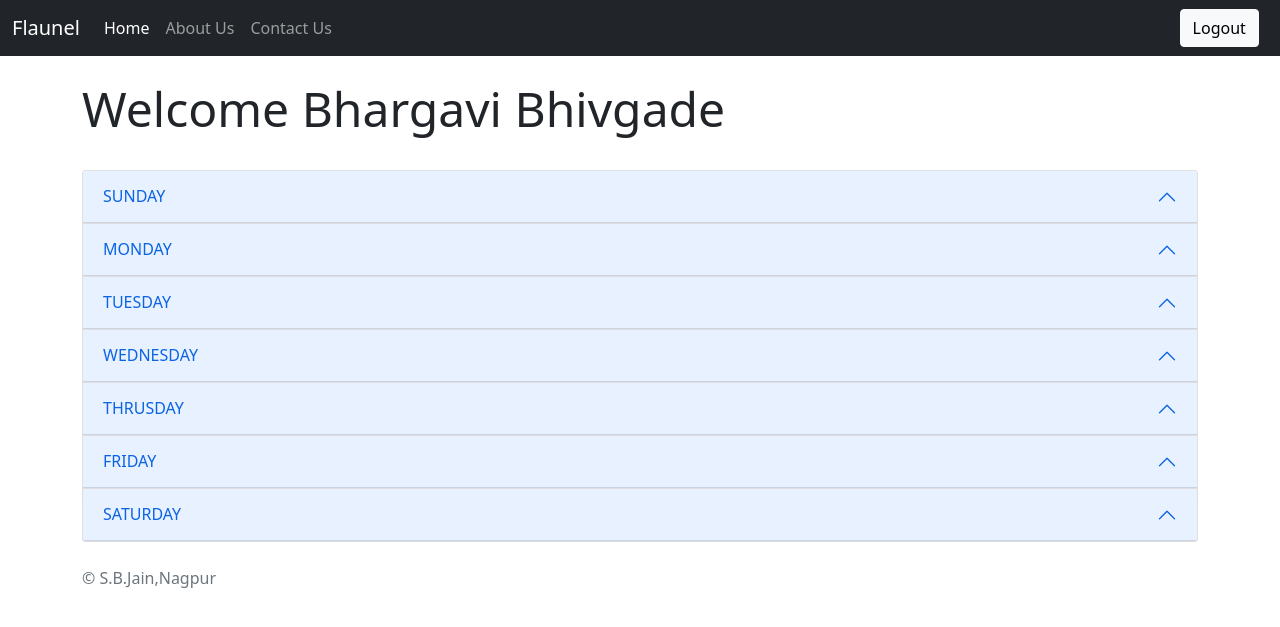
Repository: bhivgadePrajakta/Flaunel--A-LED-Display-Board
Page: http://localhost/home.php
These files come from the project's save history. The page is drawn as it stood at one moment and after the next save; the edit follows.
The browser window is 1280 px wide. The pictures show the whole page.
The page is run by PHP 8.4 with error messages shown; the project is at /var/www/html/.

Above is the page before, as saved 2022-05-01 10:13:24.

### home.php
<!doctype html>
<html lang="en">
  <head>
    <!-- Required meta tags -->
    <meta charset="utf-8">
    <meta name="viewport" content="width=device-width, initial-scale=1">

    <!-- Bootstrap CSS -->
    <link href="https://cdn.jsdelivr.net/npm/bootstrap@5.0.2/dist/css/bootstrap.min.css" rel="stylesheet" integrity="sha384-EVSTQN3/azprG1Anm3QDgpJLIm9Nao0Yz1ztcQTwFspd3yD65VohhpuuCOmLASjC" crossorigin="anonymous">

    <title>FLAUNEL</title>
  </head>
  <body>
    <nav class="navbar navbar-expand-lg navbar-dark bg-dark">
        <div class="container-fluid">
          <a class="navbar-brand" href="#">Flaunel</a>
          <button class="navbar-toggler" type="button" data-bs-toggle="collapse" data-bs-target="#navbarSupportedContent" aria-controls="navbarSupportedContent" aria-expanded="false" aria-label="Toggle navigation">
            <span class="navbar-toggler-icon"></span>
          </button>
          <div class="collapse navbar-collapse" id="navbarSupportedContent">
            <ul class="navbar-nav me-auto mb-2 mb-lg-0">
              <li class="nav-item">
                <a class="nav-link active" aria-current="page" href="#">Home</a>
              </li>
              <li class="nav-item">
                <a class="nav-link" href="#">About Us</a>
              </li>
              <li class="nav-item ">
                <a class="nav-link" href="#" id="navbarDropdown" role="button">
                  Contact Us</a>

              </li>

            </ul>
            <form class="d-flex">

              <button class="btn btn-light" type="submit">Logout</button>
            </form>
          </div>+
        </div>
      </nav>
<div class="container py-4">
    <h5 class="display-5">Welcome Bhargavi Bhivgade</h5>
    <br>
    <!-- ACCORDIAN MAIN BODY START -->
    <div class="accordion" id="accordionExample">
    <!-- ACCORDIAN ITEM START -->
    <div class="accordion-item">
    <h2 class="accordion-header" id="headingOne">
      <button class="accordion-button" type="button" data-bs-toggle="collapse" data-bs-target="#collapseOne" aria-expanded="true" aria-controls="collapseOne">
        SUNDAY
      </button>
    </h2>
    <div id="collapseOne" class="accordion-collapse collapse" aria-labelledby="headingOne" data-bs-parent="#accordionExample">
      <div class="accordion-body">
        <form method="post" action="">
        <div class="mb-3">
  <label for="sunday" class="form-label">Quote for Sunday</label>
  <input type="text" class="form-control" id="sunday" placeholder="Enter Quote/Message/News for Sunday">
</div>
<div class="mb-3">
  <input type="submit" class="btn btn-dark" value="Update">
</div>
        </form>
      </div>
    </div>
  </div>
    <!-- ACCORDIAN ITEM END -->
        <!-- ACCORDIAN ITEM START -->
        <div class="accordion-item">
    <h2 class="accordion-header" id="heading2">
      <button class="accordion-button" type="button" data-bs-toggle="collapse" data-bs-target="#collapse2" aria-expanded="true" aria-controls="collapse2">
        MONDAY
      </button>
    </h2>
    <div id="collapse2" class="accordion-collapse collapse" aria-labelledby="heading2" data-bs-parent="#accordionExample">
      <div class="accordion-body">
        <form method="post" action="">
        <div class="mb-3">
  <label for="Monday" class="form-label">Quote for Monday</label>
  <input type="text" class="form-control" id="Monday" placeholder="Enter Quote/Message/News for Monday">
</div>
<div class="mb-3">
  <input type="submit" class="btn btn-dark" value="Update">
</div>
        </form>
      </div>
    </div>
  </div>
    <!-- ACCORDIAN ITEM END -->
    <!-- ACCORDIAN ITEM START -->
    <div class="accordion-item">
    <h2 class="accordion-header" id="heading3">
      <button class="accordion-button" type="button" data-bs-toggle="collapse" data-bs-target="#collapse3" aria-expanded="true" aria-controls="collapse3">
        TUESDAY
      </button>
    </h2>
    <div id="collapse3" class="accordion-collapse collapse" aria-labelledby="heading3" data-bs-parent="#accordionExample">
      <div class="accordion-body">
        <form method="post" action="">
        <div class="mb-3">
  <label for="Tuesday" class="form-label">Quote for Tuesday</label>
  <input type="text" class="form-control" id="Tuesday" placeholder="Enter Quote/Message/News for Tuesday">
</div>
<div class="mb-3">
  <input type="submit" class="btn btn-dark" value="Update">
</div>
        </form>
      </div>
    </div>
  </div>
    <!-- ACCORDIAN ITEM END -->
    <!-- ACCORDIAN ITEM START -->
    <div class="accordion-item">
    <h2 class="accordion-header" id="heading4">
      <button class="accordion-button" type="button" data-bs-toggle="collapse" data-bs-target="#collapse4" aria-expanded="true" aria-controls="collapse4">
        WEDNESDAY
      </button>
    </h2>
    <div id="collapse4" class="accordion-collapse collapse" aria-labelledby="heading4" data-bs-parent="#accordionExample">
      <div class="accordion-body">
        <form method="post" action="">
        <div class="mb-3">
  <label for="Wednesday" class="form-label">Quote for Wednesday</label>
  <input type="text" class="form-control" id="sunday" placeholder="Enter Quote/Message/News for Wednesday">
</div>
<div class="mb-3">
  <input type="submit" class="btn btn-dark" value="Update">
</div>
        </form>
      </div>
    </div>
  </div>
    <!-- ACCORDIAN ITEM END -->
    <!-- ACCORDIAN ITEM START -->
    <div class="accordion-item">
    <h2 class="accordion-header" id="heading5">
      <button class="accordion-button" type="button" data-bs-toggle="collapse" data-bs-target="#collapse5" aria-expanded="true" aria-controls="collapse5">
        THRUSDAY
      </button>
    </h2>
    <div id="collapse5" class="accordion-collapse collapse" aria-labelledby="heading5" data-bs-parent="#accordionExample">
      <div class="accordion-body">
        <form method="post" action="">
        <div class="mb-3">
  <label for="Thrusday" class="form-label">Quote for Thrusday</label>
  <input type="text" class="form-control" id="Thrusday" placeholder="Enter Quote/Message/News for Thrusday">
</div>
<div class="mb-3">
  <input type="submit" class="btn btn-dark" value="Update">
</div>
        </form>
      </div>
    </div>
  </div>
    <!-- ACCORDIAN ITEM END -->
    <!-- ACCORDIAN ITEM START -->
    <div class="accordion-item">
    <h2 class="accordion-header" id="heading6">
      <button class="accordion-button" type="button" data-bs-toggle="collapse" data-bs-target="#collapse6" aria-expanded="true" aria-controls="collapse6">
        FRIDAY
      </button>
    </h2>
    <div id="collapse6" class="accordion-collapse collapse" aria-labelledby="heading6" data-bs-parent="#accordionExample">
      <div class="accordion-body">
        <form method="post" action="">
        <div class="mb-3">
  <label for="Friday" class="form-label">Quote for Friday</label>
  <input type="text" class="form-control" id="Friday" placeholder="Enter Quote/Message/News for Friday">
</div>
<div class="mb-3">
  <input type="submit" class="btn btn-dark" value="Update">
</div>
        </form>
      </div>
    </div>
  </div>
   <!-- ACCORDIAN ITEM END -->
  <!-- ACCORDIAN ITEM START -->
  <div class="accordion-item">
    <h2 class="accordion-header" id="heading7">
      <button class="accordion-button" type="button" data-bs-toggle="collapse" data-bs-target="#collapse7" aria-expanded="true" aria-controls="collapse7">
        SATURDAY
      </button>
    </h2>
    <div id="collapse7" class="accordion-collapse collapse" aria-labelledby="heading7" data-bs-parent="#accordionExample">
      <div class="accordion-body">
        <form method="post" action="">
        <div class="mb-3">
  <label for="Saturday" class="form-label">Quote for Saturday</label>
  <input type="text" class="form-control" id="Saturday" placeholder="Enter Quote/Message/News for Saturday">
</div>
<div class="mb-3">
  <input type="submit" class="btn btn-dark" value="Update">
</div>
        </form>
      </div>
    </div>
  </div>

    <!-- ACCORDIAN ITEM END -->
</div>
<!-- ACCORDIAN MAIN BODY END -->
</div>

<div class="container">
    <span class="text-muted">&copy; S.B.Jain,Nagpur</span>
  </div>
    <!-- Optional JavaScript; choose one of the two! -->

    <!-- Option 1: Bootstrap Bundle with Popper -->
    <script src="https://cdn.jsdelivr.net/npm/bootstrap@5.0.2/dist/js/bootstrap.bundle.min.js" integrity="sha384-MrcW6ZMFYlzcLA8Nl+NtUVF0sA7MsXsP1UyJoMp4YLEuNSfAP+JcXn/tWtIaxVXM" crossorigin="anonymous"></script>

    <!-- Option 2: Separate Popper and Bootstrap JS -->
    <!--
    <script src="https://cdn.jsdelivr.net/npm/@popperjs/core@2.9.2/dist/umd/popper.min.js" integrity="sha384-IQsoLXl5PILFhosVNubq5LC7Qb9DXgDA9i+tQ8Zj3iwWAwPtgFTxbJ8NT4GN1R8p" crossorigin="anonymous"></script>
    <script src="https://cdn.jsdelivr.net/npm/bootstrap@5.0.2/dist/js/bootstrap.min.js" integrity="sha384-cVKIPhGWiC2Al4u+LWgxfKTRIcfu0JTxR+EQDz/bgldoEyl4H0zUF0QKbrJ0EcQF" crossorigin="anonymous"></script>
    -->
  </body>
</html>

After the next save:
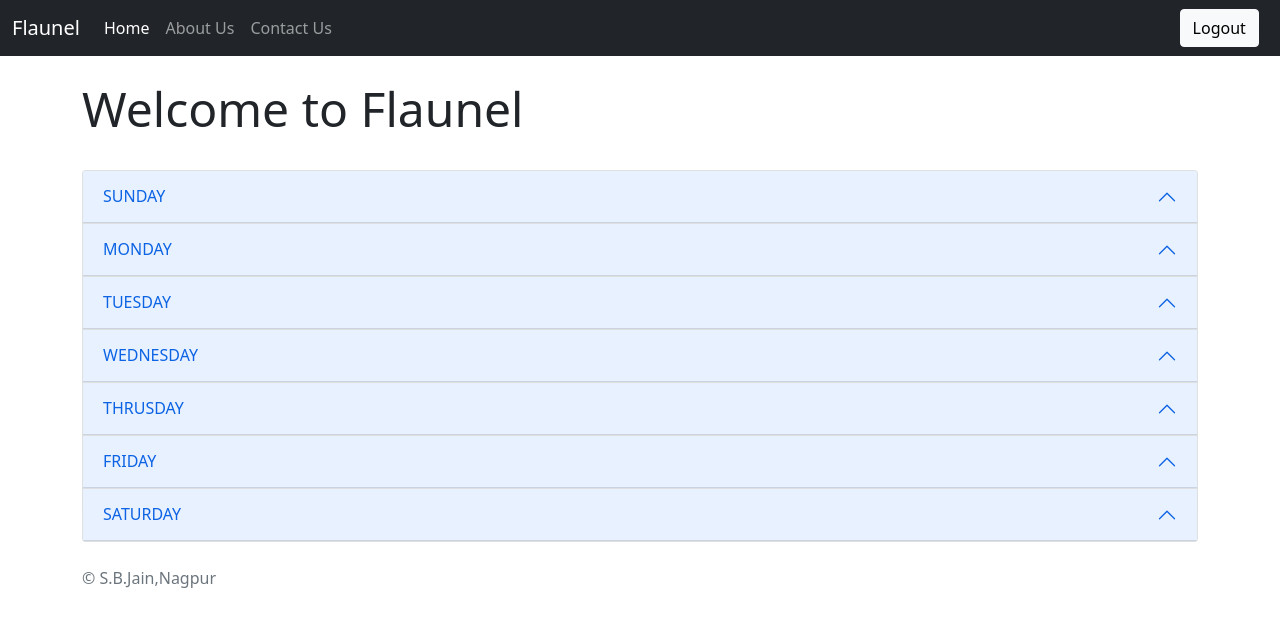
Saved 11 days later.
--- a/home.php
+++ b/home.php
@@ -40,7 +40,7 @@
         </div>
       </nav>
 <div class="container py-4">
-    <h5 class="display-5">Welcome Bhargavi Bhivgade</h5>
+    <h5 class="display-5">Welcome to Flaunel</h5>
     <br>
     <!-- ACCORDIAN MAIN BODY START -->
     <div class="accordion" id="accordionExample">
